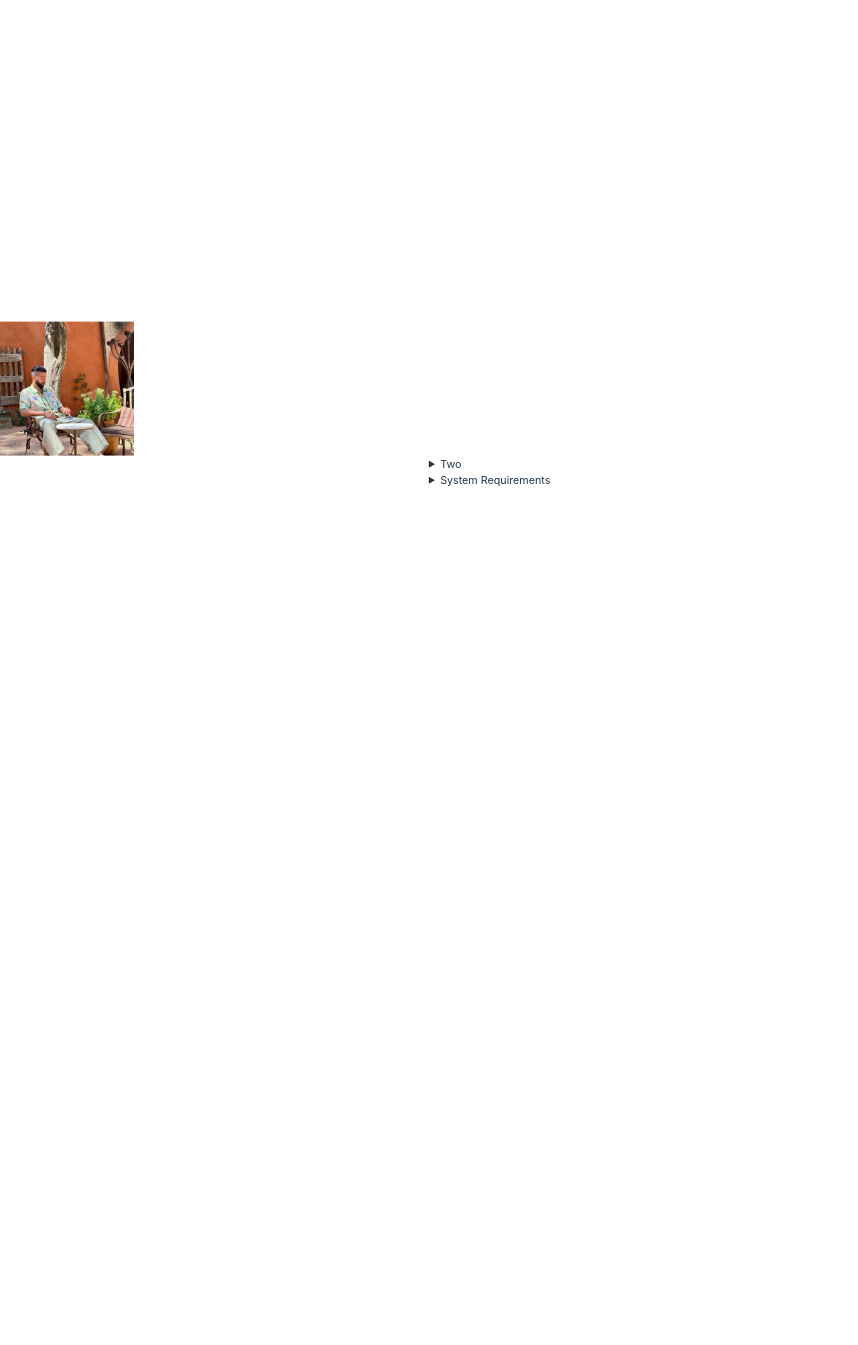
Repository: GavinPahal/my_app
Page: / (app in react/)
These files come from the project's save history. The page is drawn as it stood at one moment and after the next save; the edit follows.
The browser window is 1280 px wide. The pictures show the whole page, at 67% of full size.
The project was rebuilt for these pictures with package versions that can differ from the ones it lists, and the page was loaded fresh each time. Also part of the build but not shown: react/vite.config.js.

Above is the page before, as saved 2024-09-14 10:55:25.

After the next save:
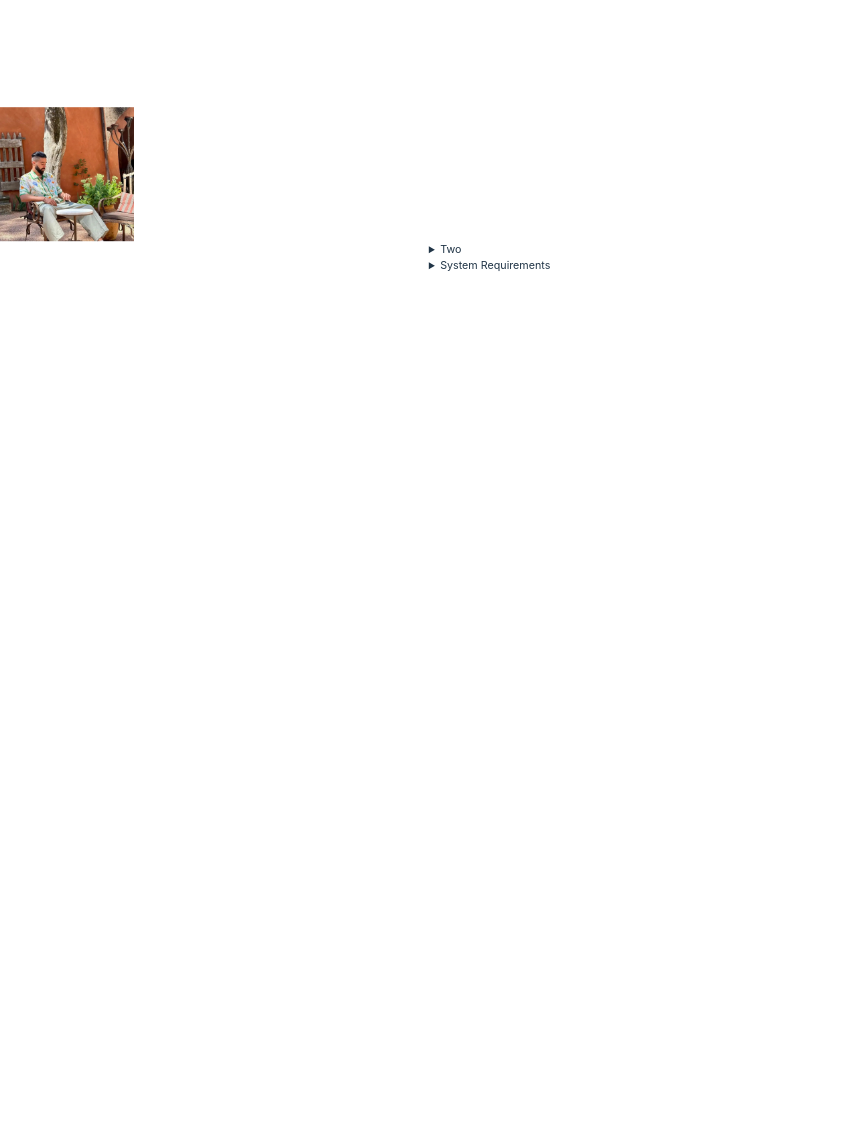
Saved 9 s later.
--- a/react/src/App.css
+++ b/react/src/App.css
@@ -1,6 +1,6 @@
 .image{
   display: flex;
-  padding-top: 30rem;
+  padding-top: 10rem;
 }
 
 
